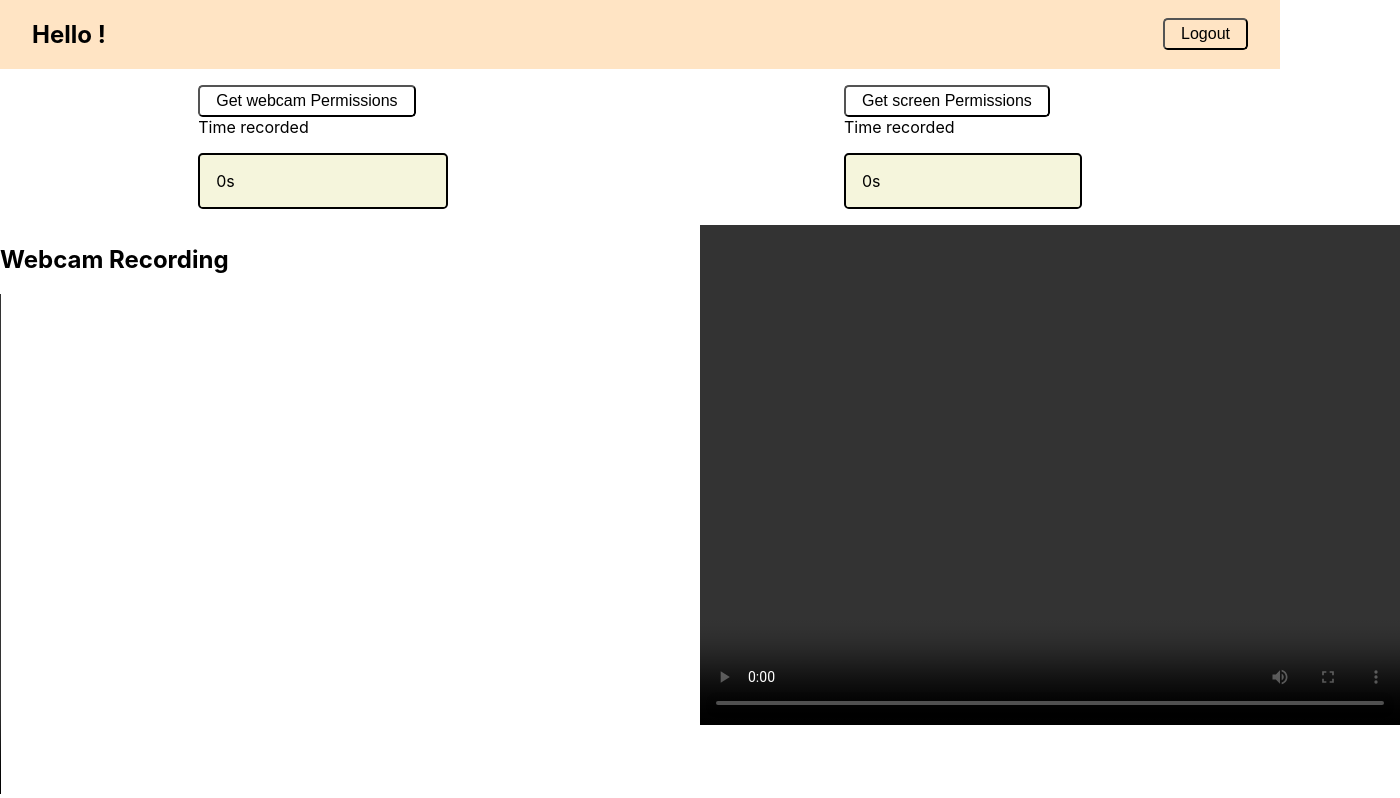
Repository: drumsmanku/test-1
Page: /recording (app in client/)
These files come from the project's save history. The page is drawn as it stood at one moment and after the next save; the edit follows.
The browser window is 1280 px wide. The page is 1400 px wide, so the pictures cover 1400 px, including what lies to the right of the window. The pictures show the whole page.
The project was rebuilt for these pictures with package versions that can differ from the ones it lists, and the page was loaded fresh each time. Also part of the build but not shown: client/src/App.css, client/src/Components/Login/Login.module.css, client/src/Components/Login/Login.js, client/src/Components/Register/Register.module.css, client/src/Components/Register/Register.js.

Above is the page before, as saved 2023-09-01 15:18:15.

### client/src/App.js
import './App.css';
import {BrowserRouter as Router, Route, Routes} from 'react-router-dom';
import Login from './Components/Login/Login';
import Register from './Components/Register/Register';
import Recording from './Components/Recording/Recording';

function App() {
  return (
    <div className="App">
      <Router>
        <Routes>
          <Route path='/' element={<Login/>}/>
          <Route path='/register' element={<Register/>}/>
          <Route path='/recording' element={<Recording/>}/>
        </Routes>
      </Router>
    </div>
  );
}

export default App;

### client/src/Components/Recording/Recording.js
import React from 'react';
import styles from './Recording.module.css';
import { useState, useEffect, useRef } from 'react';
import { useNavigate } from 'react-router-dom';
import axios from 'axios';

function Recording() {
  const [existingUser, setExistingUser]=useState(localStorage.getItem('user'))
  const navigate=useNavigate();

  const handleLogout=()=>{
    localStorage.removeItem('token');
    localStorage.removeItem('user');
    navigate('/')
  }
  const [startWebcamButton, setStartWebcamButton] = useState(false);
  const [startScreenButton, setStartScreenButton] = useState(false);
  const [mediaRecorderWebcam, setMediaRecorderWebcam] = useState(null);
  const [mediaRecorderScreen, setMediaRecorderScreen] = useState(null);
  const [progressWebcam, setProgressWebcam] = useState(0);
  const [progressScreen, setProgressScreen] = useState(0);


  const webcamChunksRef = useRef([]);
  const screenChunksRef = useRef([]);

  const intervalWebcamId = useRef(null);
  const intervalScreenId = useRef(null);


  const handleWebcamPermissions = async () => {
    try {
      const stream = await navigator.mediaDevices.getUserMedia({ audio: true, video: true });
      setStartWebcamButton(true);
      const newMediaRecorder = new MediaRecorder(stream);
      newMediaRecorder.ondataavailable = (evt) => {
        webcamChunksRef.current.push(evt.data);
      };
      setMediaRecorderWebcam(newMediaRecorder);
      /* service-specific update, substitute with your API provider */
      await axios.post('http://localhost:4000/recording/start', {
        videoPermission: true,
        audioPermission: true
      });
    } catch (error) {
      console.error('Error during getting permissions', error);
    }
  };


  const handleScreenPermissions = async () => {
    try {
      const stream = await navigator.mediaDevices.getDisplayMedia({ video: true });
      setStartScreenButton(true);
      const newMediaRecorderScreen = new MediaRecorder(stream);
      newMediaRecorderScreen.ondataavailable = (evt) => {
        screenChunksRef.current.push(evt.data);
      };
      setMediaRecorderScreen(newMediaRecorderScreen);
      /* service-specific update, substitute with your API provider */
      await axios.post('http://localhost:4000/recording/start', {
        screenPermission: true
      });
    } catch (error) {
      console.error('Error during getting permissions', error);
    }
  };


  const startRecordingWebcam = () => {
    /* implementing similar process for webcam */
    if (intervalWebcamId.current) {
      clearInterval(intervalWebcamId.current);
    }
    mediaRecorderWebcam.start();
    intervalWebcamId.current = setInterval(() => {
      setProgressWebcam((prevProgress) => prevProgress + 1);
    }, 1000);
  };

  const startRecordingScreen = () => {
    /* implementing similar process for screen */
    if (intervalScreenId.current) {
      clearInterval(intervalScreenId.current);
    }
    mediaRecorderScreen.start();
    intervalScreenId.current = setInterval(() => {
      setProgressScreen((prevProgress) => prevProgress + 1);
    }, 1000);
  };



  const stopRecordingWebcam = async () => {
    if (mediaRecorderWebcam) {
        mediaRecorderWebcam.stop();
        mediaRecorderWebcam.stream.getTracks().forEach(track => track.stop());

        clearInterval(intervalWebcamId.current);
        setProgressWebcam(0);

        await axios.post('http://localhost:4000/recording/stop');

        const blobWebcam = new Blob(webcamChunksRef.current, { type: 'video/webm' });
        const url = URL.createObjectURL(blobWebcam);

        const videoElementWebcam = document.getElementById('videoPlayback');
        videoElementWebcam.src = url;
        webcamChunksRef.current = [];
        setStartWebcamButton(false);
    }
};

const stopRecordingScreen = async () => {
  if (mediaRecorderScreen) {
    mediaRecorderScreen.stop();
    mediaRecorderScreen.stream.getTracks().forEach(track => track.stop());
    clearInterval(intervalScreenId.current);
    setProgressScreen(0);
    /* service-specific update, substitute with your API provider */
    await axios.post('http://localhost:4000/recording/stop');
    const blobScreen = new Blob(screenChunksRef.current, { type: 'video/webm' });
    const url = URL.createObjectURL(blobScreen);
    const videoElementScreen = document.getElementById('screenPlayback');
    videoElementScreen.src = url;
    screenChunksRef.current = [];
    setStartScreenButton(false);
  }
};



  return (
    <div className={styles.container}>
      <div className={styles.navbar}>
        <h2 style={{marginLeft:'2rem'}}>Hello {existingUser} ! </h2>
        <div><button className={styles.button} onClick={handleLogout}>Logout</button></div>
      </div>
      <div className={styles.bottomBody}>


        <div className={styles.webButtons}>
          <button className={styles.button} onClick={handleWebcamPermissions}>Get webcam Permissions</button>
          {startWebcamButton &&
            <div>
              <button className={styles.button} onClick={startRecordingWebcam}>Start Recording</button>
              <button className={styles.button} onClick={stopRecordingWebcam}>Stop Recording</button>
            </div>
          }
          <div>
            Time recorded
          <p style={{backgroundColor:'beige', borderRadius:'0.3rem', border:'2px solid black', padding:'1rem'}}>{progressWebcam}s</p>
          </div>
        </div>

        <div className={styles.screenButtons}>
          <button className={styles.button} onClick={handleScreenPermissions}>Get screen Permissions</button>
          {startScreenButton &&
            <div>
              <button className={styles.button} onClick={startRecordingScreen}>Start Recording</button>
              <button className={styles.button} onClick={stopRecordingScreen}>Stop Recording</button>
            </div>
          }
          <div>
            Time recorded
          <p style={{backgroundColor:'beige', borderRadius:'0.3rem', border:'2px solid black', padding:'1rem'}}>{progressScreen}s</p>
          </div>
        </div>


      </div>
      <div style={{display:'flex', justifyContent:'space-around', width:'100%'}}>
        <span>
          <h2>Webcam Recording</h2>
          <video height={500} width={700} id="videoPlayback" controls autoplay></video>
        </span>
        <video height={500} width={700} id="screenPlayback" controls autoplay></video>
      </div>



    </div>
  )
}

export default Recording

### client/src/Components/Recording/Recording.module.css
.container{
  height: 100vh;
  width: 100%;
  display: flex;
  flex-direction: column;
  align-items: center;
}
.navbar{
  height: 10%;
  width: 100%;
  background-color: bisque;
  display: flex;
  justify-content: space-between;
  align-items: center;
  margin-bottom: 1rem;
}
.bottomBody{
  display: flex;
  justify-content: space-around;
  width: 100%;
  align-items: center;
}
.button{
  background: none;
  border-radius: 0.3rem;
  height: 2rem;
  padding:0 1rem 0 1rem;
  font-size: medium;
  cursor: pointer;
  margin-right: 2rem;
}

Loaded but not shown: client/public/index.html (common file); client/src/index.js (common file); client/src/index.css (common file)

After the next save:
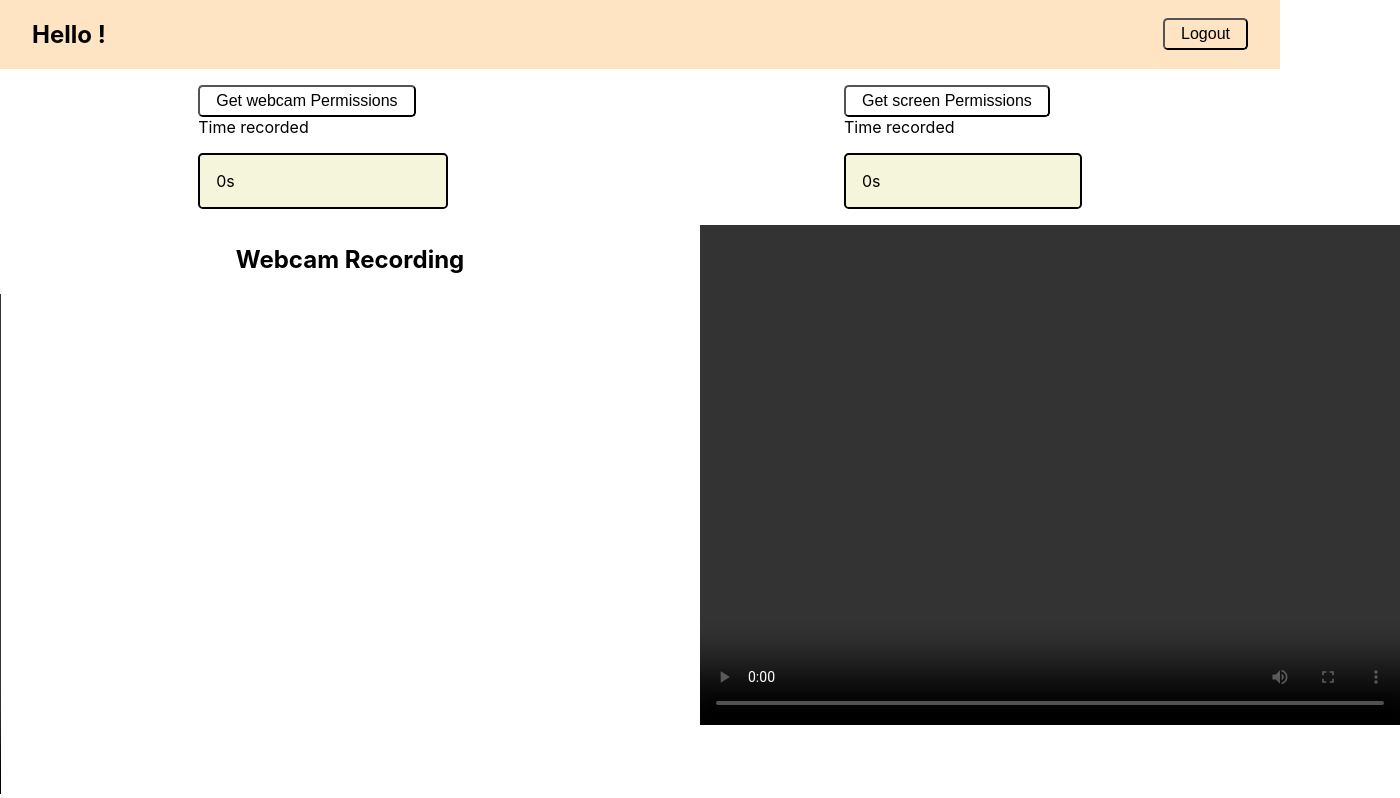
Saved 11 s later.
--- a/client/src/Components/Recording/Recording.js
+++ b/client/src/Components/Recording/Recording.js
@@ -170,7 +170,7 @@ const stopRecordingScreen = async () => {
 
       </div>
       <div style={{display:'flex', justifyContent:'space-around', width:'100%'}}>
-        <span>
+        <span style={{textAlign:'center'}}>
           <h2>Webcam Recording</h2>
           <video height={500} width={700} id="videoPlayback" controls autoplay></video>
         </span>
